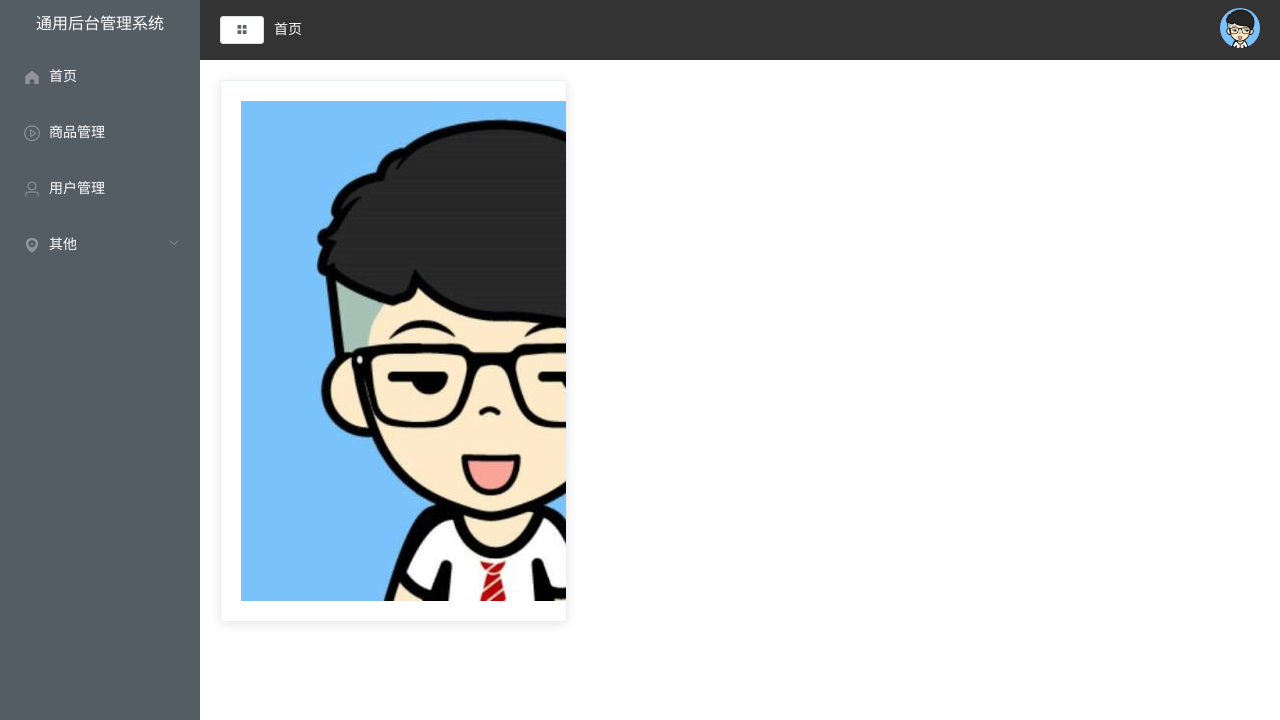
Repository: Francis200214/my-app
Page: /
The author's editor kept a copy of each file at every save. The page is drawn from the files as they stood at one save, then again after a run of saves.
The browser window is 1280 px wide. The pictures show the whole page.
The project was rebuilt for these pictures with package versions that can differ from the ones it lists, and the page was loaded fresh each time. Also part of the build but not shown: vue.config.js, src/views/User.vue, src/views/Mall.vue, src/views/other/PageOne.vue, src/views/other/PageTwo.vue.

Above is the page before, as saved 2023-05-21 15:32:49.

### src/main.js
import Vue from 'vue'
import App from './App.vue'
import ElementUI from 'element-ui'

// ElementUI 按需引入
// import { Button,Row } from 'element-ui'


import 'element-ui/lib/theme-chalk/index.css'
// Vue-Router
import router from './router'
// Vuex
import store from './store'


Vue.config.productionTip = false

// 全局引入Element UI
Vue.use(ElementUI);


// 按需引入Element UI
// Vue.use(Row);
// Vue.use(Button);


new Vue({
  router,
  store,
  render: h => h(App),
}).$mount('#app')

### src/App.vue
<template>
  <div id="app">
    <router-view></router-view>
  </div>
</template>

<style lang="less">
  html,body,h3 {
    margin: 0;
    padding: 0;
  }
</style>

<script>

export default {
  name: 'App'
}
</script>

### src/router/index.js
import Vue from 'vue'
import VueRouter from 'vue-router'

// 1、引入组件
import Main from '../views/Main.vue'
import Home from '../views/Home.vue'
import User from '../views/User.vue'
import Mall from '../views/Mall.vue'
import PageOne from '../views/other/PageOne.vue'
import PageTwo from '../views/other/PageTwo.vue'

// 引入Vue-Router
Vue.use(VueRouter);

// 2、路由与组件映射
const routes = [
    {
        path: '/',
        component: Main,
        // redirect 表示重定向，当路径是 / 的时候就重定向某个路由
        redirect: '/home',
        children: [
            { path: 'home', component: Home }, // 首页
            { path: 'user', component: User }, // 用户管理
            { path: 'mall', component: Mall }, // 商品管理
            { path: 'page1', component: PageOne }, // 页面一
            { path: 'page2', component: PageTwo }, // 页面二
        ]
    }

]

// 3、创建Router实例
const router = new VueRouter({
    routes // (缩写) 相当于 routes: routes
})

// 4、将 router 暴露
export default router

### src/store/index.js
import Vue from 'vue'
import Vuex from 'vuex'
import tab from './tab'

Vue.use(Vuex)


// 创建 Vuex 的实例
// 对外暴露
export default new Vuex.Store({
    modules: {
        tab
    }
})

### src/views/Main.vue
<template>
    <div>
        <el-container>
            <el-aside width="auto">
                <common-aside />
            </el-aside>
            <el-container>
                <el-header>
                    <common-header />
                </el-header>
                <el-main>
                    <router-view></router-view>
                </el-main>
            </el-container>
        </el-container>
    </div>
</template>
<style lang="less" scoped>
.el-header {
    padding: 0;
}
</style>
<script>
import CommonAside from '../components/CommonAside.vue'
import CommonHeader from '../components/CommonHeader.vue'


export default {
    data() {
        return {}
    },
    components: {
        CommonAside,
        CommonHeader
    }
}
</script>

### src/views/Home.vue
<template>
    <el-row>
        <el-col :span="8">
            <el-card class="box-card">
                <div class="user">
                    <img src="../assets/images/user.png" alt="">
                    <div class="userinfo">
                        <p class="name">Admin</p>
                        <p class="access">超级管理员</p>
                    </div>
                </div>
                <div class="login-info"></div>
            </el-card>
        </el-col>
        <el-col :span="16">
            <div class="grid-content bg-purple-light"></div>
        </el-col>
    </el-row>
</template>
<style lang="less" scoped>
.user {
    display: flex;
}
</style>
<script>
export default {
    data() {
        return {}
    }
}
</script>

### src/store/tab.js
export default {
    state: {
        isCollapse: false // 用于控制菜单的展开或收起
    },
    mutations: {
        // 修改菜单展开或者收起的方法
        collapseMenu(state) {
            state.isCollapse = !state.isCollapse
        }
    }
}

### src/components/CommonAside.vue
<template>
    <div>
        <el-menu default-active="1-4-1" class="el-menu-vertical-demo" @open="handleOpen" @close="handleClose"
            :collapse="isCollapse" background-color="#545c64" text-color="#fff" active-text-color="#ffd04b">

            <h3>{{ isCollapse ? '后台' : '通用后台管理系统' }}</h3>

            <el-menu-item @click="clickMenu(item)" v-for="item in noChildren" :key="item.name" :index="item.name">
                <i :class="`el-icon-${item.icon}`"></i>
                <span slot="title">{{ item.label }}</span>
            </el-menu-item>

            <el-submenu v-for="item in hasChildren" :key="item.label" :index="item.label">
                <template slot="title">
                    <i :class="`el-icon-${item.icon}`"></i>
                    <span slot="title">{{ item.label }}</span>
                </template>
                <el-menu-item-group v-for="subItem in item.children" :key="subItem.path">
                    <el-menu-item @click="clickMenu(subItem)" :index="subItem.path">{{ subItem.label }}</el-menu-item>
                </el-menu-item-group>
            </el-submenu>
        </el-menu>
    </div>
</template>

<style lang="less" scope>
.el-menu-vertical-demo:not(.el-menu--collapse) {
    width: 200px;
    min-height: 400px;
}

.el-menu {
    height: 100vh;
    border-right: none;

    h3 {
        color: #fff;
        text-align: center;
        line-height: 48px;
        font-size: 16px;
        // 字体粗细
        font-weight: 400;
    }
}
</style>

<script>
export default {
    data() {
        return {
            menuData: [
                {
                    path: '/',
                    name: 'home',
                    label: '首页',
                    icon: 's-home',
                    url: 'Home/Home'
                },
                {
                    path: '/mall',
                    name: 'mall',
                    label: '商品管理',
                    icon: 'video-play',
                    url: 'MallManage/MallManage'
                },
                {
                    path: '/user',
                    name: 'user',
                    label: '用户管理',
                    icon: 'user',
                    url: 'UserManage/UserManage'
                },
                {
                    label: '其他',
                    icon: 'location',
                    children: [
                        {
                            path: '/page1',
                            name: 'page1',
                            label: '页面1',
                            icon: 'setting',
                            url: 'Other/PageOne'
                        },
                        {
                            path: '/page2',
                            name: 'page2',
                            label: '页面2',
                            icon: 'setting',
                            url: 'Other/PageTwo'
                        }
                    ]
                }
            ]
        };
    },
    methods: {
        handleOpen(key, keyPath) {
            console.log(key, keyPath);
        },
        handleClose(key, keyPath) {
            console.log(key, keyPath);
        },
        // 点击菜单
        clickMenu(item) {
            console.log(item)
            // 当页面的路由与我要跳转的路由不一致的时候才允许跳转
            if (this.$route.path !== item.path && !(this.$route.path === '/home' && (item.path === '/'))) {
                // 这里的this代表vue实例
                this.$router.push(item.path)
            }
        }
    },
    computed: {
        // 没有子菜单
        noChildren() {
            return this.menuData.filter(item => !item.children)
        },
        // 有子菜单
        hasChildren() {
            return this.menuData.filter(item => item.children)
        },
        isCollapse() {
            return this.$store.state.tab.isCollapse
        }
    }
}
</script>

### src/components/CommonHeader.vue
<template>
    <div class="header-container">
        <div class="l-content">
            <el-button @click="handleMenu" icon="el-icon-menu" size="mini"></el-button>
            <!-- 面包屑 -->
            <span class="text">首页</span>
        </div>
        <div class="r-content">
            <el-dropdown>
                <span class="el-dropdown-link">
                    <img class="user" src="../assets/images/user.png" alt="">
                </span>
                <el-dropdown-menu slot="dropdown">
                    <el-dropdown-item>个人中心</el-dropdown-item>
                    <el-dropdown-item>退出</el-dropdown-item>
                </el-dropdown-menu>
            </el-dropdown>
        </div>
    </div>
</template>
<style lang="less" scoped>
.header-container {
    padding: 0px 20px;
    background-color: #333;
    height: 60px;
    display: flex;
    // 将元素放到元素主轴的两端
    justify-content: space-between;
    align-items: center;

    .text {
        color: #fff;
        font-size: 14px;
        margin-left: 10px;
    }

    .r-content {
        .user {
            width: 40px;
            height: 40px;
            border-radius: 50%;
        }
    }
}
</style>
<script>
export default {
    data() {
        return {}
    },
    methods: {
        handleMenu() {
            this.$store.commit('collapseMenu')
        }
    }
}
</script>

Loaded but not shown: public/index.html (common file)

After the next 3 saves:
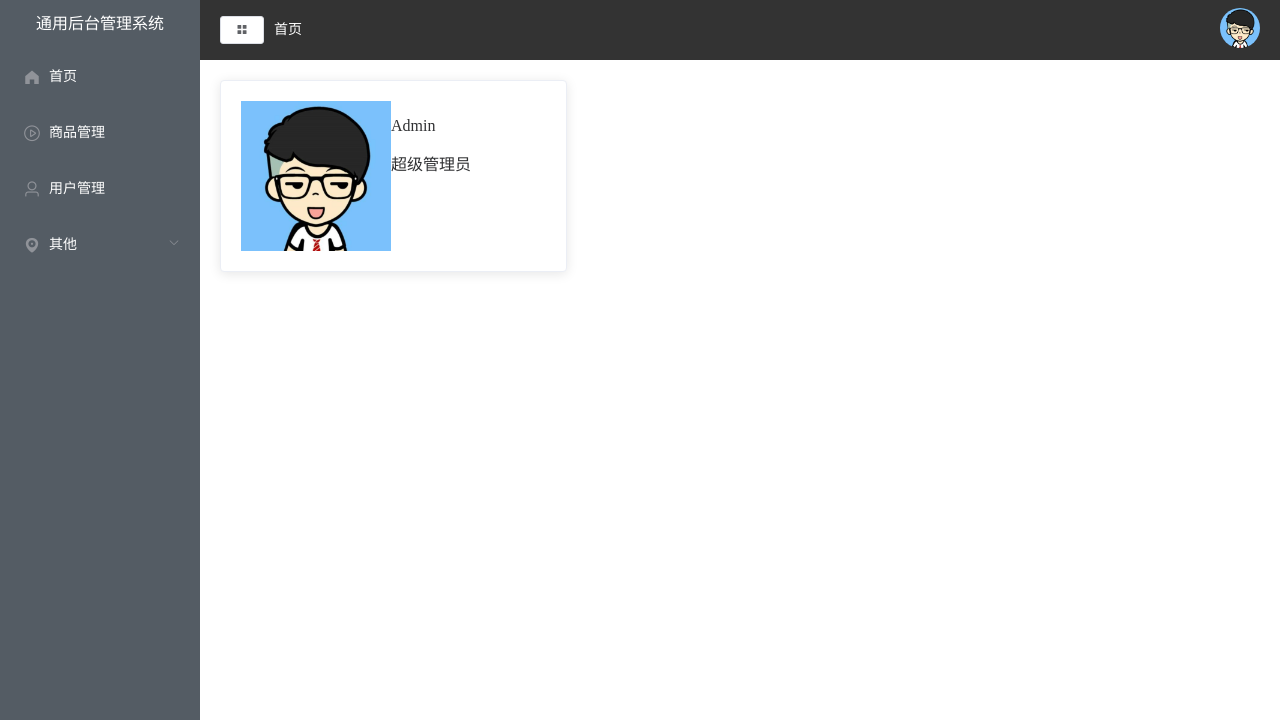
The 3 saves are shown as one change because they came seconds apart.
The last was saved 34 s later.
--- a/src/views/Home.vue
+++ b/src/views/Home.vue
@@ -20,6 +20,11 @@
 <style lang="less" scoped>
 .user {
     display: flex;
+
+    img {
+        width: 150px;
+
+    }
 }
 </style>
 <script>
